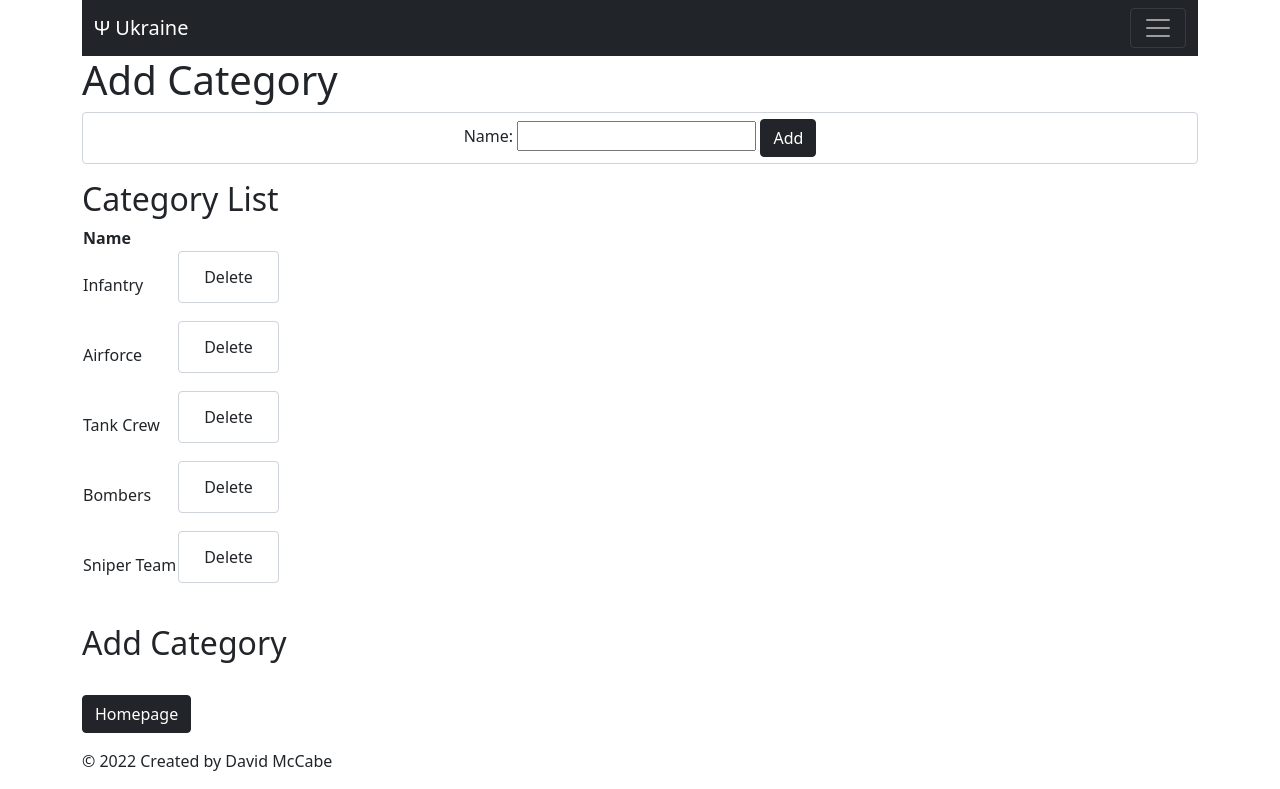
Repository: davidDKIT/ca2-davidmccabe-php
Page: http://localhost/category_list.php
These files come from the project's save history. The page is drawn as it stood at one moment and after a run of saves; the edit follows.
The browser window is 1280 px wide. The pictures show the whole page.
The page is run by PHP 8.4 with error messages shown; the project is at /var/www/html/. The database holds what the project's SQL file puts in it.

Above is the page before, as saved 2022-03-16 13:51:05.

After the next 2 saves:
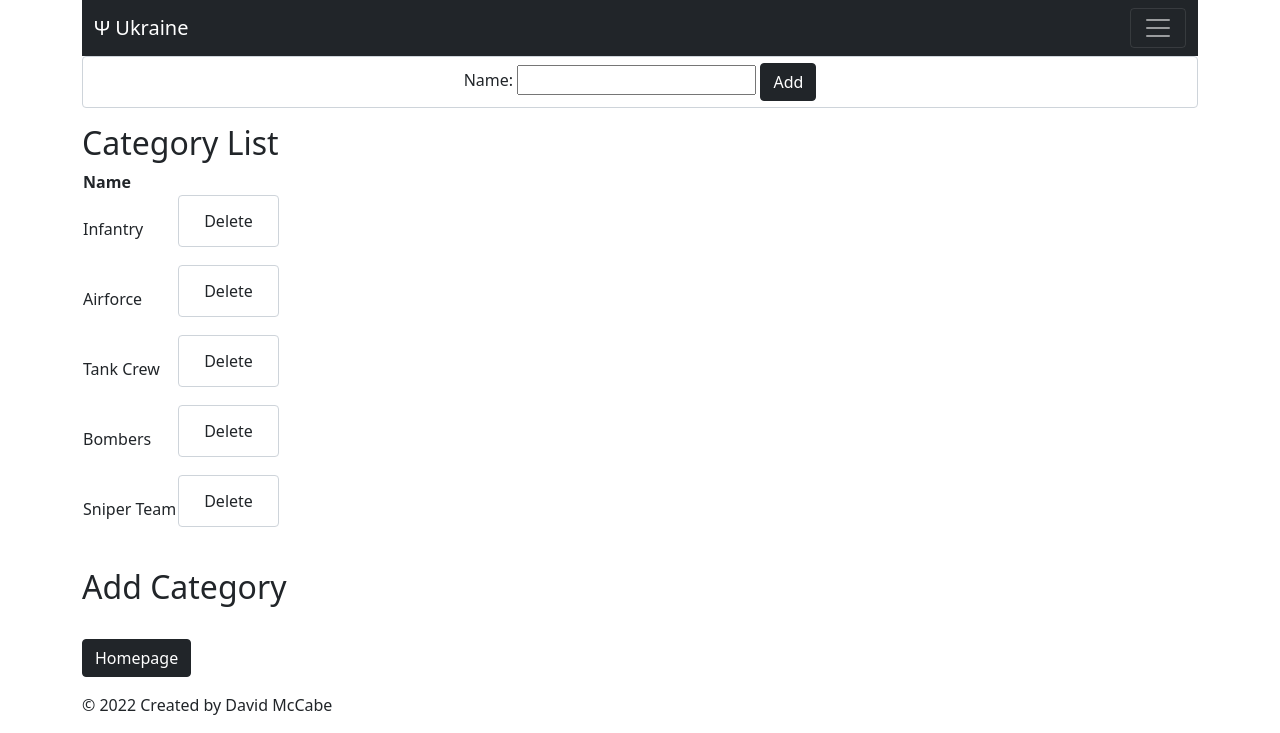
The 2 saves are shown as one change because they came seconds apart.
The last was saved 15 s later.
--- a/category_list.php
+++ b/category_list.php
@@ -15,7 +15,6 @@
 include('includes/header.php');
 ?>
 
-    <h1>Add Category</h1>
     <form class="form-control" style = "text-align: center; display: inline-block" action="add_category.php" method="post"
           id="add_category_form">
 
